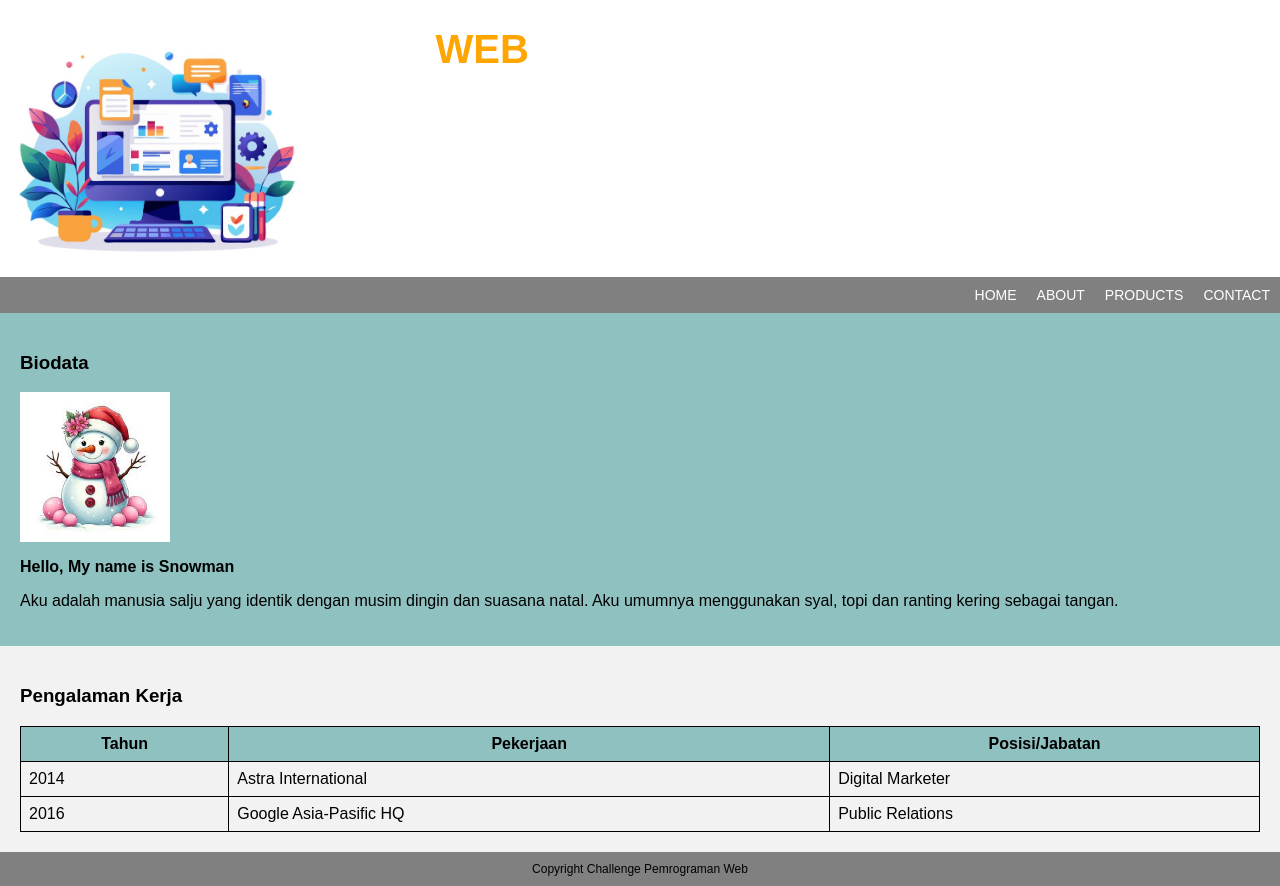
Repository: razitazhr/Pertemuan-6_24.116194
Page: Pertemuan 5/Challenge 5.html
These files come from the project's save history. The page is drawn as it stood at one moment and after the next save; the edit follows.
The browser window is 1280 px wide. The pictures show the whole page.

Above is the page before, as saved 2026-05-03 22:10:18.

### Pertemuan 5/Challenge 5.html
<!DOCTYPE html>
<html lang="en">
<head>
    <meta charset="UTF-8">
    <meta name="viewport" content="width=device-width, initial-scale=1.0">
    <title>Challenge 5_24.11.6194</title>
    <link rel="stylesheet" href="style.css">
</head>
<body>
    <div class="header">
        <div class="header">
            <h1><span>WEB</span> DEVELOPMENT</h1>
        </div>
    </div>
    <div class="navbar">
        <a href="#">HOME</a>
        <a href="#">ABOUT</a>
        <a href="#">PRODUCTS</a>
        <a href="#">CONTACT</a>
    </div>
    <div class="container">
        <div class="biodata">
            <h3>Biodata</h3>
            <img src="snowman.jpg" alt="">
            <p><b>Hello, My name is Snowman</b></p>
            <p>Aku adalah manusia salju yang identik dengan musim dingin dan suasana natal. Aku umumnya menggunakan syal, topi dan ranting kering sebagai tangan.</p>
        </div>
    </div>
    <div class="pengalaman">
        <h3>Pengalaman Kerja</h3>
        <table>
            <tr>
                <th>Tahun</th>
                <th>Pekerjaan</th>
                <th>Posisi/Jabatan</th>
            </tr>
            <tr>
                <td>2014</td>
                <td>Astra International</td>
                <td>Digital Marketer</td>
            </tr>
            <tr>
                <td>2016</td>
                <td>Google Asia-Pasific HQ</td>
                <td>Public Relations</td>
            </tr>
        </table>
    </div>
    <div class="footer">
        Copyright Challenge Pemrograman Web
    </div>
</body>
</html>

### Pertemuan 5/Style.CSS
body {
    margin: 0;
    font-family: Arial;
}
.header {
    background-image: url('banner.jpg');
    background-size: contain;
    background-position: left;
    background-repeat: no-repeat;
    height: 250px;
    position: relative;
}
.overlay {
    background: rgba(0, 0, 0, 0, 3);
    height: 100%;
    display: flex;
    align-items: flex-start;
    justify-content: flex-end;
    padding: 20px;
}
.header h1 {
    color: white;
    font-size: 40px;
    text-align: center;
}
.header span {
    color: orange;
}
.navbar {
    display: flex;
    justify-content: flex-end;
    background: gray;
    padding: 10px;
}
.navbar a {
    color: white;
    text-decoration: none;
    margin-left: 20px;
    font-size: 14px;
}
.container {
    display: flex;
    min-height: 300px;
}
.biodata {
    flex: 1;
    background: #8fc1c1;
    padding: 20px;
}
.biodata img {
    width: 150px;
    display: block;
    margin-bottom: 10px;
}
.pengalaman {
    flex: 2;
    background: #f2f2f2;
    padding: 20px;
}
table {
    width: 100%;
    border-collapse: collapse;
}
th {
    background: #8fc1c1;
}
table, th, td {
    border: 1px solid black;
    padding: 8px;
}
.footer {
    background: gray;
    text-align: center;
    padding: 10px;
    font-size: 12px;
}

After the next save:
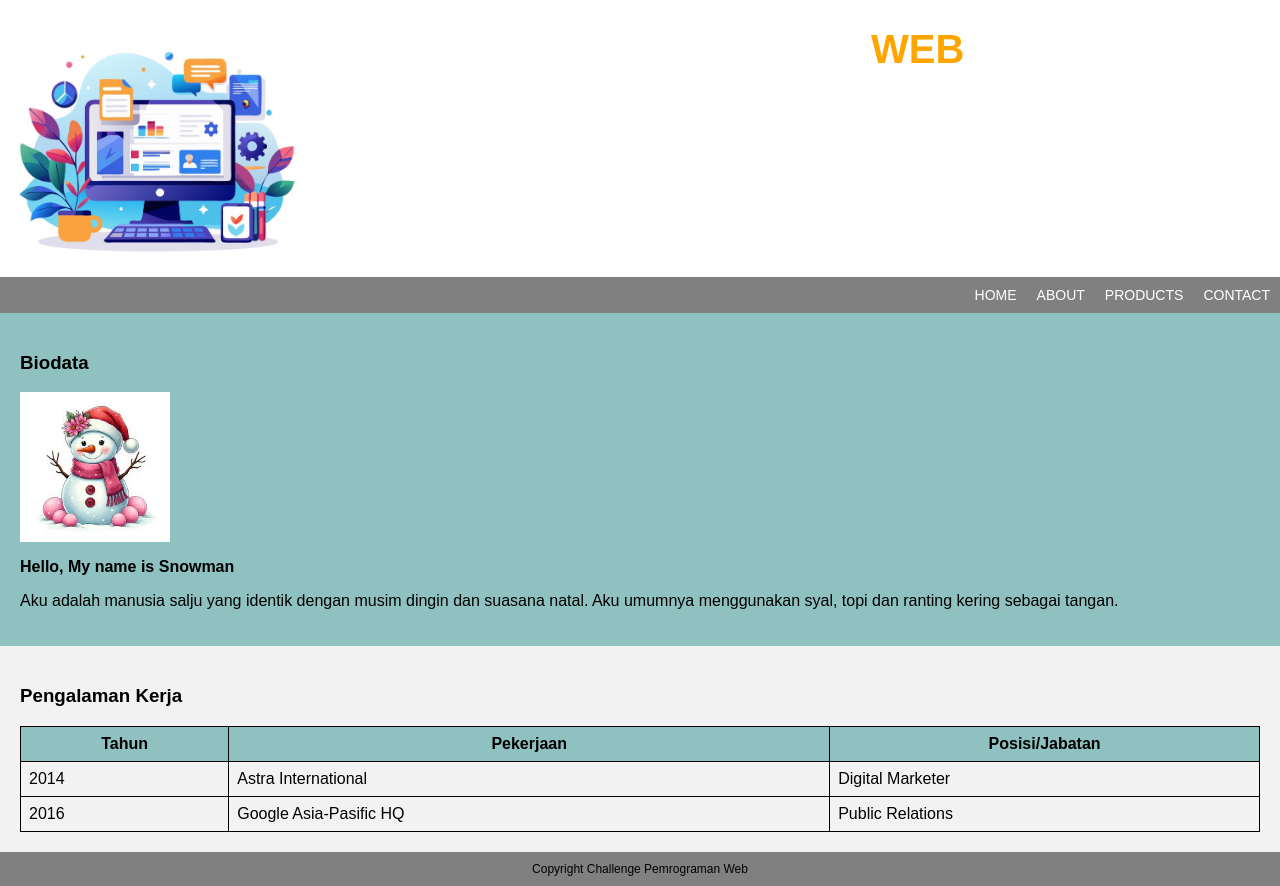
Saved 87 s later.
--- a/Pertemuan 5/Style.CSS
+++ b/Pertemuan 5/Style.CSS
@@ -21,7 +21,7 @@ body {
 .header h1 {
     color: white;
     font-size: 40px;
-    text-align: center;
+    text-align: right;
 }
 .header span {
     color: orange;
